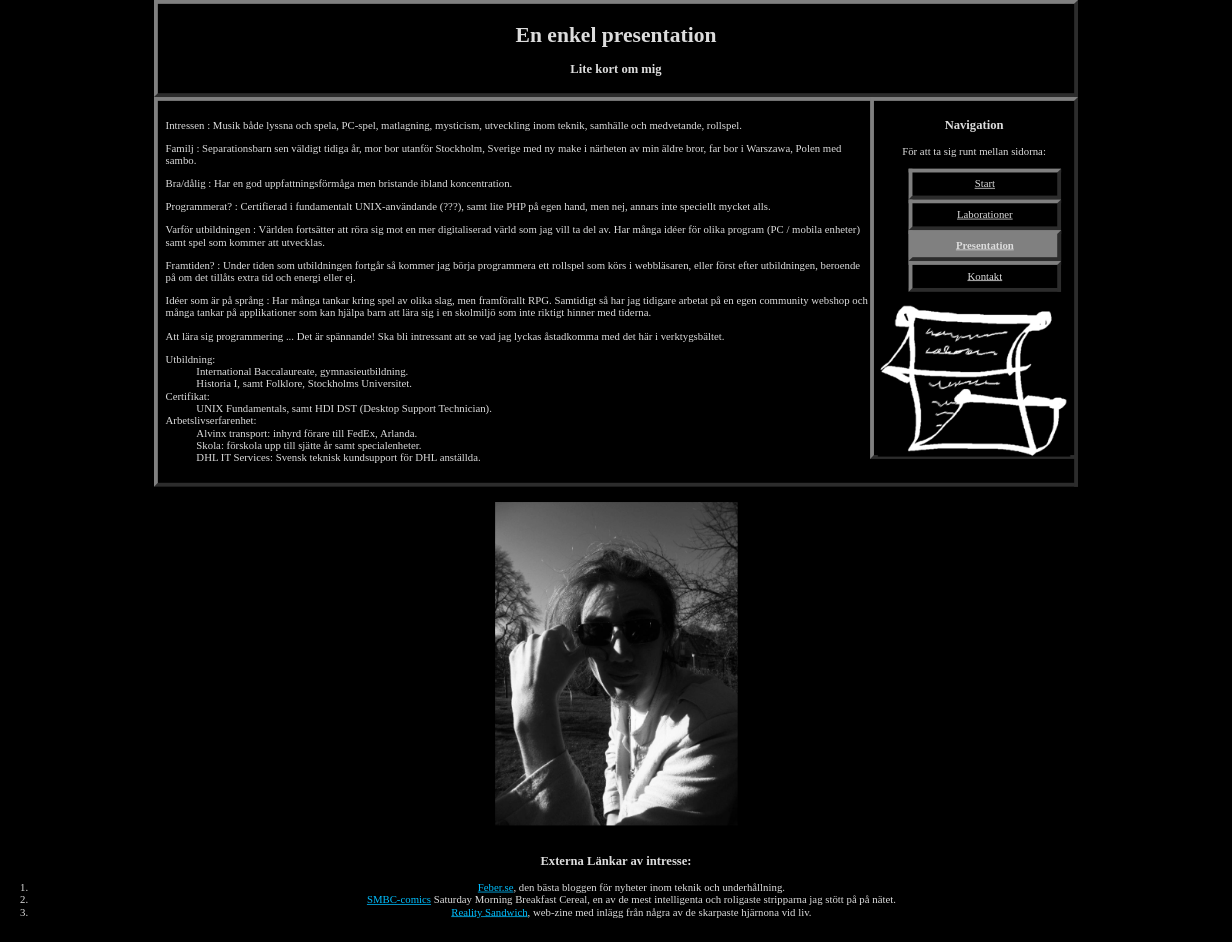
Repository: cg222im/1IK415_cg222im
Page: pages/presentation.html
The author's editor kept a record of every edit. The page is drawn from the files as they stood at one moment, then again after the next edit.
The browser window is 1280 px wide. The page is 1600 px wide, so the pictures cover 1600 px, including what lies to the right of the window. The pictures show the whole page, at 77% of full size.

Above is the page before.

### pages/presentation.html
<!doctype html>
<html lang="sv">
    <head>
        <meta charset="UTF-8" />
        <title>Presentation</title>
        <link rel="stylesheet" href="../css/style.css" />
    </head>

    <body>
    <div id="wrapper">
        <div id="header">
            <h1>En enkel presentation</h1>
            <h3>Lite kort om mig</h3>
        </div>

        <div id="nav">
            <h3>Navigation</h3>
            <p>För att ta sig runt mellan sidorna:</p>
            <ul class="navmenu">
                <li><a href="../index.html">Start</a></li>
                <li><a href="laborationer.html">Laborationer</a></li>
                <li><a href="presentation.html" id="active">Presentation</a></li>
                <li><a href="kontakt.html">Kontakt</a></li>
            </ul>
            <div id="logo"></div>
        </div>

        <div id="main">
            <p>Intressen : Musik både lyssna och spela, PC-spel, matlagning, mysticism, utveckling inom teknik, samhälle och medvetande, rollspel.</p>

            <p>Familj : Separationsbarn sen väldigt tidiga år, mor bor utanför Stockholm, Sverige med ny make i närheten av
            min äldre bror, far bor i Warszawa, Polen med sambo.</p>

            <p>Bra/dålig : Har en god uppfattningsförmåga men bristande ibland koncentration.</p>

            <p>Programmerat? : Certifierad i fundamentalt UNIX-användande (???), samt lite PHP på egen hand, men nej, annars inte speciellt mycket alls.</p>

            <p>Varför utbildningen : Världen fortsätter att röra sig mot en mer digitaliserad värld som jag vill
            ta del av. Har många idéer för olika program (PC / mobila enheter) samt spel som kommer att utvecklas.</p>

            <p>Framtiden? : Under tiden som utbildningen fortgår så kommer jag börja programmera ett rollspel som
            körs i webbläsaren, eller först efter utbildningen, beroende på om det tillåts extra tid och energi eller ej.</p>

            <p>Idéer som är på språng : Har många tankar kring spel av olika slag, men framförallt RPG. Samtidigt så har jag tidigare arbetat på en egen community webshop
            och många tankar på applikationer som kan hjälpa barn att lära sig i en skolmiljö som inte riktigt hinner med tiderna.</p>

            <p>Att lära sig programmering ... Det är spännande! Ska bli intressant att se vad jag lyckas åstadkomma med det här i verktygsbältet.</p>

            <dl>
                <dt>Utbildning:</dt>
                    <dd>    International Baccalaureate, gymnasieutbildning. <br>
                            Historia I, samt Folklore, Stockholms Universitet.</dd>

                <dt>Certifikat:</dt>
                    <dd>    UNIX Fundamentals, samt HDI DST (Desktop Support Technician).</dd>

                <dt> Arbetslivserfarenhet: </dt>
                    <dd>    Alvinx transport: inhyrd förare till FedEx, Arlanda. </dd>
                    <dd>    Skola: förskola upp till sjätte år samt specialenheter.</dd>
                    <dd>    DHL IT Services: Svensk teknisk kundsupport för DHL anställda.</dd>
            </dl>
        </div>

        <!--Självporträtt då man ska ha det på sidan-->
        <img class="center" src="../pics/chris.jpg" alt="Black and white picture of the author">
        <a id="portrait"></a>

    </div>

    <div class="footer">
        <h3>Externa Länkar av intresse:</h3>
        <ol>
            <li><a href="http://feber.se">Feber.se</a>, den bästa bloggen för nyheter inom teknik och underhållning.</li>
            <li><a href="http://www.smbc-comics.com/">SMBC-comics</a> Saturday Morning Breakfast Cereal, en av de mest intelligenta och roligaste stripparna jag stött på på nätet.</li>
            <li><a href="http://realitysandwich.com">Reality Sandwich</a>, web-zine med inlägg från några av de skarpaste hjärnona vid liv.</li>
        </ol><br>

    </div>

</html>

### css/style.css
html, body {height: 100%;}


a:link { color: #00BFFF; }
a:visited { color: purple; }
a:focus { color: yellow; }
a:hover { color: yellow; }
a:active { color: silver; }

body {
    background-color: black;
    font-family: "Times New Roman", Helvetica, Arial, sans-serif;
    font-size: 14px;
    width: 1600px;
    height: 1200px;
    color: #DCDCDC;
    text-align: center;
    margin: auto auto;
}
#wrapper {
    background-color: black;
    min-height: 100%;
    margin: 0 auto -120px auto;
    width: 1200px;
    text-align: center;
}
#header {
    border-style: outset;
    border-width: 5px;
    border-color: gray;
    background-color:black;
    color: #DCDCDC;
    text-align: center;
    padding: 5px;
}
#main {
    border-style: outset;
    border-width: 5px;
    border-color: gray;
    background-color: black;
    color: #DCDCDC;
    text-align: left;
    padding: 10px;
}
/* För att få sticky footer */
#wrapper:after {
    content:"";
    display:block;
    height: 120px;
}
#footer {
    border-style: inset;
    border-width: 5px;
    border-color: gray;
    background-color: black;
    color: #DCDCDC;
    clear: both;
    text-align: center;
    padding: 5px;
    height: 120pX;
    margin: 0 auto 0 auto;
}
#bloglist {
    border-style: inset;
    border-width: 5px;
    border-color: gray;
    background-color: black;
    color: #DCDCDC;
    text-align: left;
    width: 800px;
}
#table {
    text-align: center;
    margin: 0 auto;
    width: 485px;
    /* Kan behöva komma att ändra storlek allt eftersom; dela upp i Laborationer/kolumner? */
    height: 245px;
    margin-left: auto;
    margin-top: auto;
    border-style: outset;
    border-width: 5px;
    border-color: gray;
    background-color:black;
    color: #DCDCDC;
    padding: 5px;
}
table, th, td {
    border: 1px;
    border-style: solid;
    border-color: gray;
}
/* För formulär i kontakt.html vars sidas formatering inte fungerar? */
#form {
    height: 100%;
    float: left;
    border-style: outset;
    border-width: 5px;
    border-color: gray;
    background-color:black;
    color: #DCDCDC;
    padding: 5px;
}
#nav {
    margin: 0;
    padding: 5;
    width:250px;
    border-style: outset;
    border-width: 5px;
    border-color:gray;
    background-color: black;
    color: #DCDCDC;
    height: 450px;
    float: right;
    padding: 5px;
}
.navmenu {
    list-style: none;
}
.navmenu li a:hover {
    background-color: gray;
    color: yellow;
}
.navmenu li a:focus {
    background-color: gray;
    color: yellow;
}
.navmenu li a {
    line-height: 30px;
    border-style: outset;
    border-width: 5px;
    border-color: gray;
    background-color: black;
    color: #DCDCDC;
    display: block;
    width: 80%;
    padding: 0px 10px;
}
#active {
    display: block;
    font-weight: bold;
    background-color: gray;
}
/* Logo, endast för #nav */
#logo {
    display: block;
    height: 200px;
    background-image: url(pics/logo2.png);
}
/* thumb bild för blogginlägg */
.thumb {
    display: block;
    height: 16px;
    width: 20px;
    background-image: url(pics/thumb2.png);
    float: left;
    margin: 2px;
}
.rightBlog {
    float: right;
    border-style: outset;
    border-width: 5px;
    border-color: gray;
}
img.rightBlog {
    float: right;
    margin-right: 20px;
}
.leftBlog {
    float: left;
    margin: 10px;
    border-style: inset;
    border-width: 5px;
    border-color: gray;
}
.center {
    display: block;
    margin: 20px auto 20px auto;
}

After the next edit:
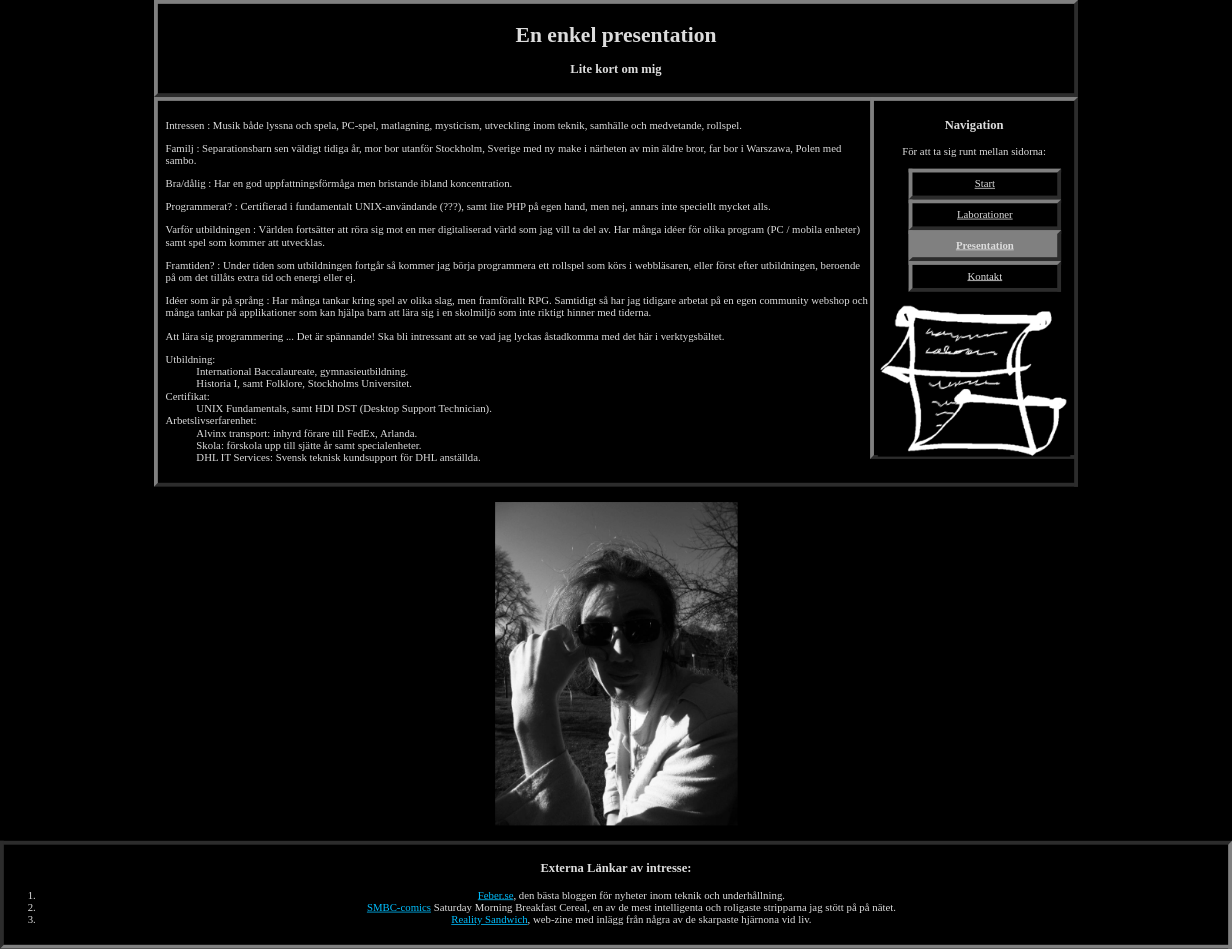
The edit:
--- a/pages/presentation.html
+++ b/pages/presentation.html
@@ -67,7 +67,7 @@
 
     </div>
 
-    <div class="footer">
+    <div id="footer">
         <h3>Externa Länkar av intresse:</h3>
         <ol>
             <li><a href="http://feber.se">Feber.se</a>, den bästa bloggen för nyheter inom teknik och underhållning.</li>
